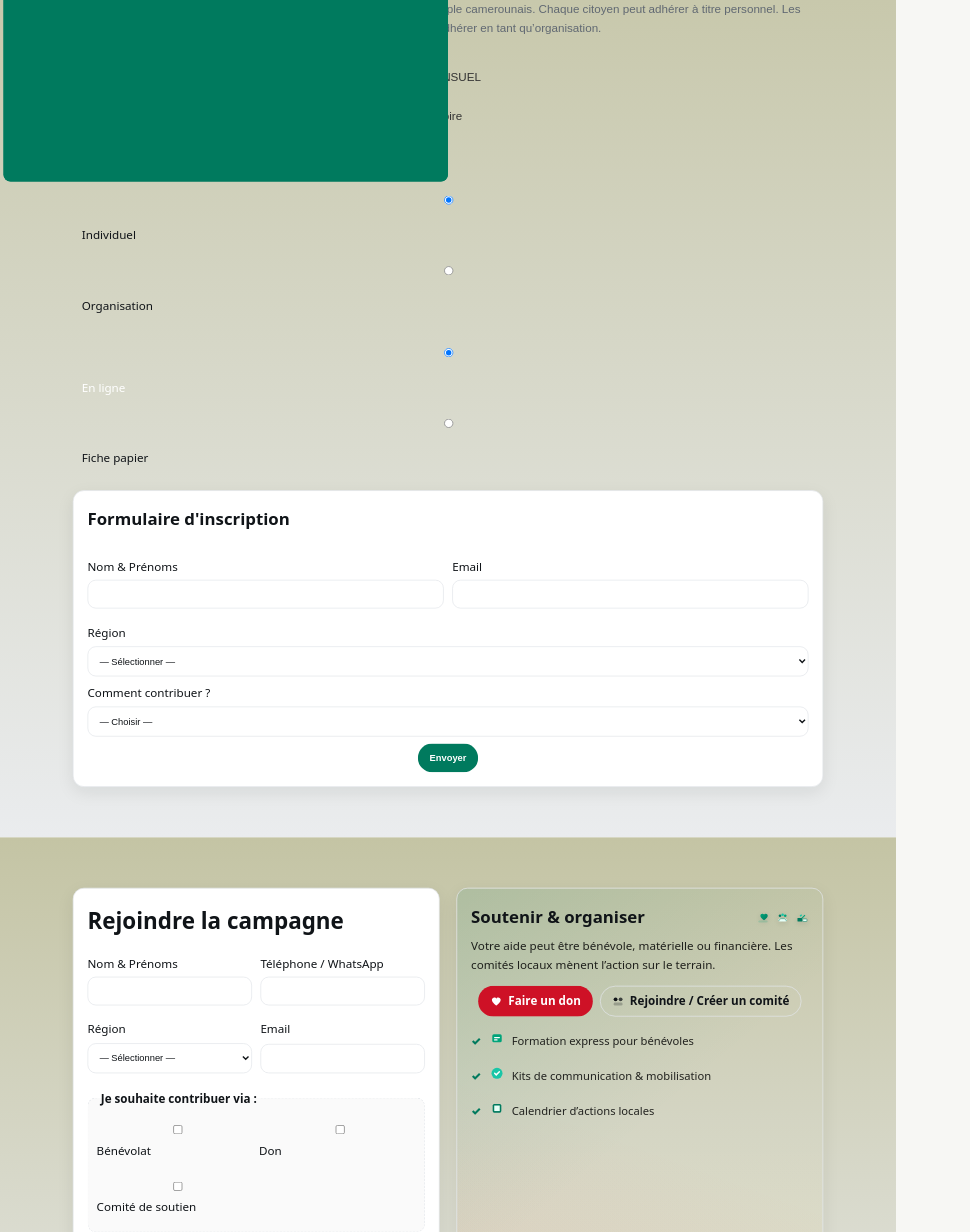
Repository: Kishny/upc2025
Page: adherer.html
An editor plug-in stored every save of this project. The page is shown before and after the next save, followed by the edit.
The browser window is 1280 px wide. The page is 1386 px wide, so the pictures cover 1386 px, including what lies to the right of the window. The pictures show the part of the page from y = 455 to 2215 px (the page is 3698 px tall before and 3662 px after), at 70% of full size.

Above is the page before, as saved 2025-09-14 14:46:08.
Console error: TypeError: Cannot set properties of undefined (setting 'ready')

After the next save:
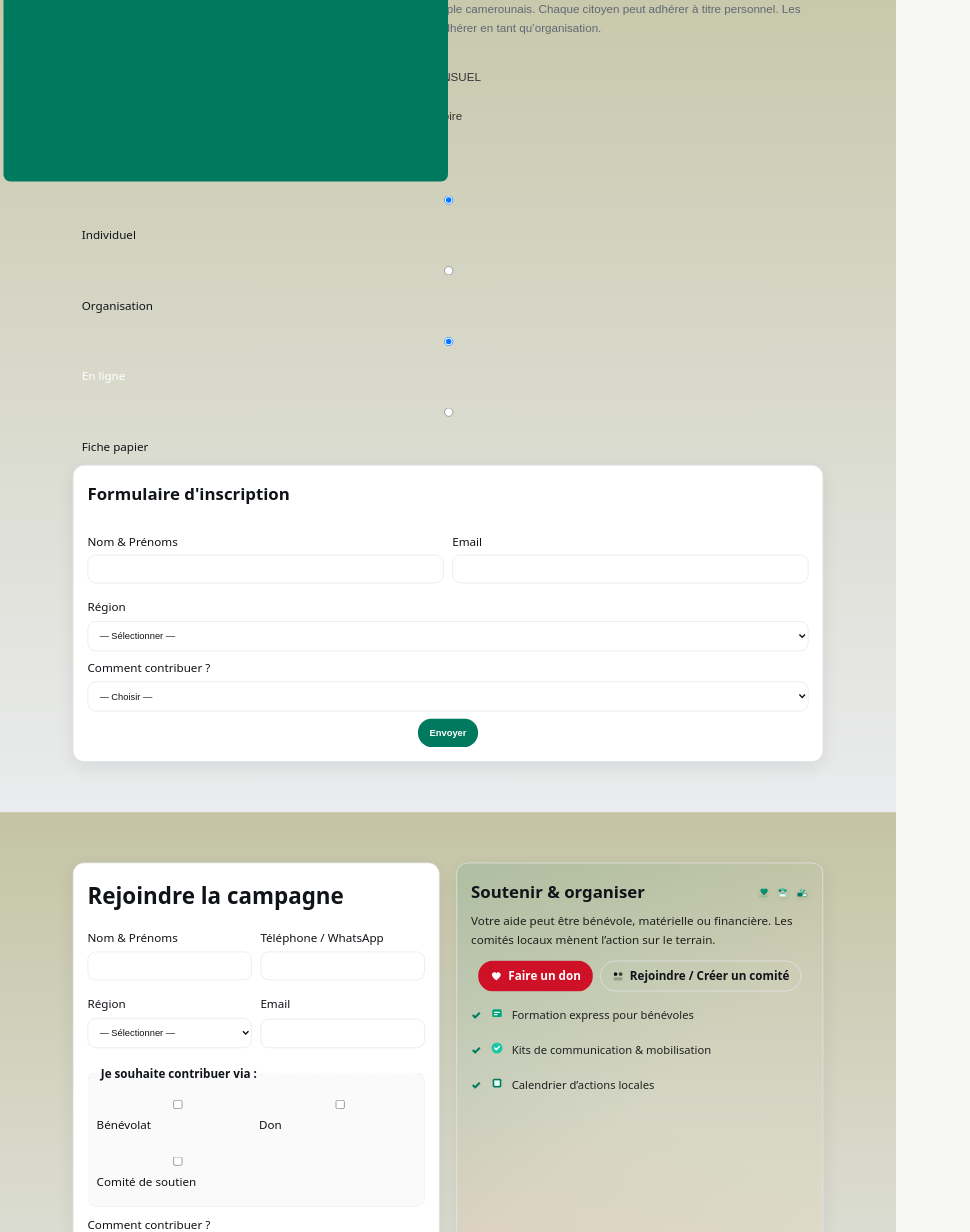
Saved 2 min 37 s later.
--- a/adherer.html
+++ b/adherer.html
@@ -111,37 +111,26 @@
         <!-- Colonne droite : formulaire -->
         <div class="adhesion__form-wrapper">
           <!-- Choix Individuel / Organisation -->
-          <div
-            class="adhesion__options"
-            style="justify-content: center; margin-bottom: 20px"
-          >
+          <div class="adhesion__options">
             <input
               type="radio"
               name="member_type"
-              id="type-individual"
+              id="member-individual"
               value="individual"
               checked
             />
-            <label for="type-individual" class="toggle-btn">Individuel</label>
+            <label for="member-individual" class="toggle-btn">Individuel</label>
 
             <input
               type="radio"
               name="member_type"
-              id="type-organization"
+              id="member-organization"
               value="organization"
             />
-            <label for="type-organization" class="toggle-btn"
+            <label for="member-organization" class="toggle-btn"
               >Organisation</label
             >
 
-            <div class="toggle-slider"></div>
-          </div>
-
-          <!-- Choix En ligne / Papier -->
-          <div
-            class="adhesion__options"
-            style="justify-content: center; margin-bottom: 20px"
-          >
             <input
               type="radio"
               name="inscription_mode"
